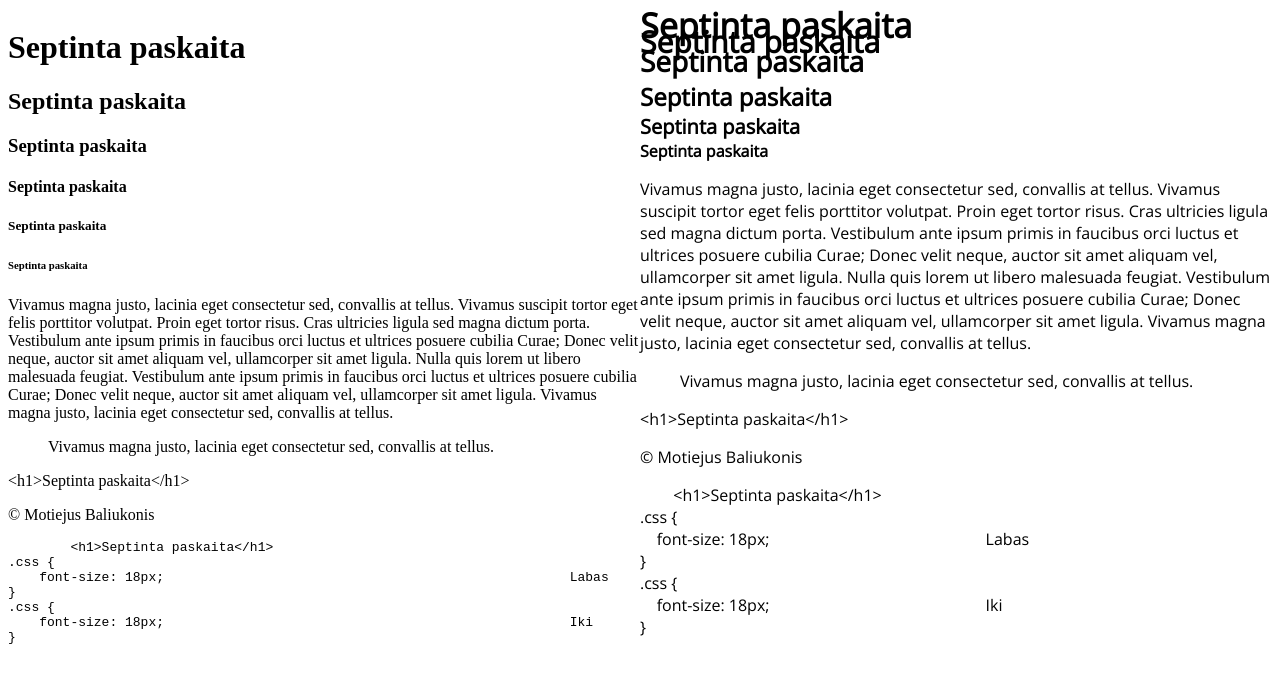
Repository: motiejus1/07-paskaita-05.31
Page: index.html
These files come from the project's save history. The page is drawn as it stood at one moment and after a run of saves; the edit follows.
The browser window is 1280 px wide. The pictures show the whole page.

Above is the page before, as saved 2021-06-10 20:05:03.

### index.html
<!DOCTYPE html>
<html lang="en">
<head>
    <meta charset="UTF-8">
    <meta http-equiv="X-UA-Compatible" content="IE=edge">
    <meta name="viewport" content="width=device-width, initial-scale=1.0">
    <title>Septinta paskaita</title>

    <link rel="preconnect" href="https://fonts.gstatic.com">
    <link href="https://fonts.googleapis.com/css2?family=Open+Sans&display=swap" rel="stylesheet">

    <style>
        .container {
            width: 100%;
        }

        .left, .right {
            float:left;
            width: 50%;
        }

        .right {
            font-family: 'Open Sans', sans-serif;
        }

        .right pre {
            font-family: 'Open Sans', sans-serif;
        }

        .right h1, .right h2, .right h3, .right h4, .right h5, .right h6 {
            margin: 0;
        }

        .right h1 {
            /* font-family: 'Open Sans', sans-serif; */
            font-size: 34px;
            line-height: 34px;
        }

        .right h2 {
            font-size: 30px;
            line-height: 0px;
        }

        .right h3 {
            font-size: 28px;
            /* line-height: 0px; */
        }

        .right h4 {
            font-size: 24px;
            /* line-height: 0px; */
        }

        .right h5 {
            font-size: 20px;
            /* line-height: 0px; */
        }

        .right h6 {
            font-size: 16px;
            /* line-height: 0px; */
        }

    </style>
</head>
<body>
    <div class="container">
        <div class="left">
            <h1>Septinta paskaita</h1>
            <h2>Septinta paskaita</h2>
            <h3>Septinta paskaita</h3>
            <h4>Septinta paskaita</h4>
            <h5>Septinta paskaita</h5>
            <h6>Septinta paskaita</h6>

            <p>Vivamus magna justo, lacinia eget consectetur sed, convallis at tellus. Vivamus suscipit tortor eget felis porttitor volutpat. Proin eget tortor risus. Cras ultricies ligula sed magna dictum porta. Vestibulum ante ipsum primis in faucibus orci luctus et ultrices posuere cubilia Curae; Donec velit neque, auctor sit amet aliquam vel, ullamcorper sit amet ligula. Nulla quis lorem ut libero malesuada feugiat. Vestibulum ante ipsum primis in faucibus orci luctus et ultrices posuere cubilia Curae; Donec velit neque, auctor sit amet aliquam vel, ullamcorper sit amet ligula. Vivamus magna justo, lacinia eget consectetur sed, convallis at tellus.</p>

            <blockquote>Vivamus magna justo, lacinia eget consectetur sed, convallis at tellus.</blockquote>

            <p> &lt;h1&gt;Septinta paskaita&lt;/h1&gt;  </p>
            <p>&copy; Motiejus Baliukonis</p>

            <pre>
        &lt;h1&gt;Septinta paskaita&lt;/h1&gt;
.css {
    font-size: 18px;                                                    Labas
}
.css {
    font-size: 18px;                                                    Iki
}
            </pre>
        </div>
        <div class="right">
            <h1>Septinta paskaita</h1>
            <h2>Septinta paskaita</h2>
            <h3>Septinta paskaita</h3>
            <h4>Septinta paskaita</h4>
            <h5>Septinta paskaita</h5>
            <h6>Septinta paskaita</h6>

            <p>Vivamus magna justo, lacinia eget consectetur sed, convallis at tellus. Vivamus suscipit tortor eget felis porttitor volutpat. Proin eget tortor risus. Cras ultricies ligula sed magna dictum porta. Vestibulum ante ipsum primis in faucibus orci luctus et ultrices posuere cubilia Curae; Donec velit neque, auctor sit amet aliquam vel, ullamcorper sit amet ligula. Nulla quis lorem ut libero malesuada feugiat. Vestibulum ante ipsum primis in faucibus orci luctus et ultrices posuere cubilia Curae; Donec velit neque, auctor sit amet aliquam vel, ullamcorper sit amet ligula. Vivamus magna justo, lacinia eget consectetur sed, convallis at tellus.</p>

            <blockquote>Vivamus magna justo, lacinia eget consectetur sed, convallis at tellus.</blockquote>

            <p> &lt;h1&gt;Septinta paskaita&lt;/h1&gt;  </p>
            <p>&copy; Motiejus Baliukonis</p>

            <pre>
        &lt;h1&gt;Septinta paskaita&lt;/h1&gt;
.css {
    font-size: 18px;                                                    Labas
}
.css {
    font-size: 18px;                                                    Iki
}
            </pre>
        </div>
    </div>
</body>
</html>

After the next 7 saves:
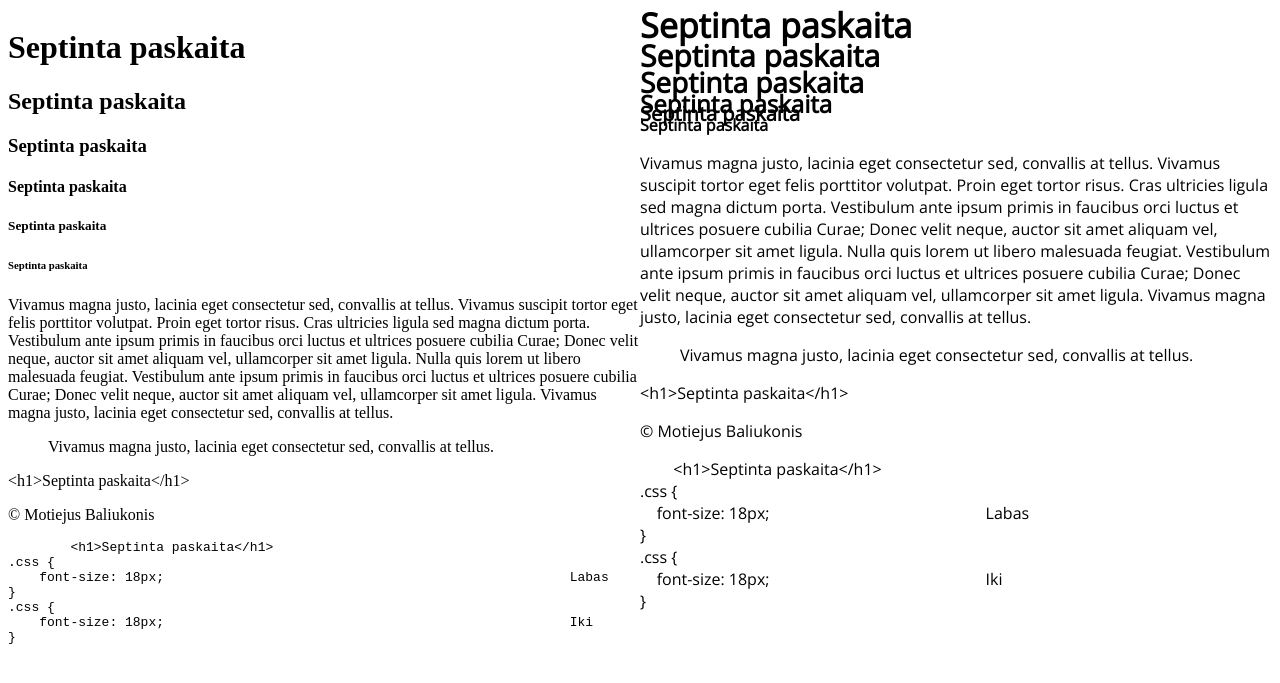
The 7 saves are shown as one change because they came seconds apart.
The last was saved 31 s later.
--- a/index.html
+++ b/index.html
@@ -39,22 +39,22 @@
 
         .right h2 {
             font-size: 30px;
-            line-height: 0px;
+            line-height: 28px;
         }
 
         .right h3 {
             font-size: 28px;
-            /* line-height: 0px; */
+            line-height: 24px;
         }
 
         .right h4 {
             font-size: 24px;
-            /* line-height: 0px; */
+            line-height: 20px;
         }
 
         .right h5 {
             font-size: 20px;
-            /* line-height: 0px; */
+            line-height: 0px;
         }
 
         .right h6 {
